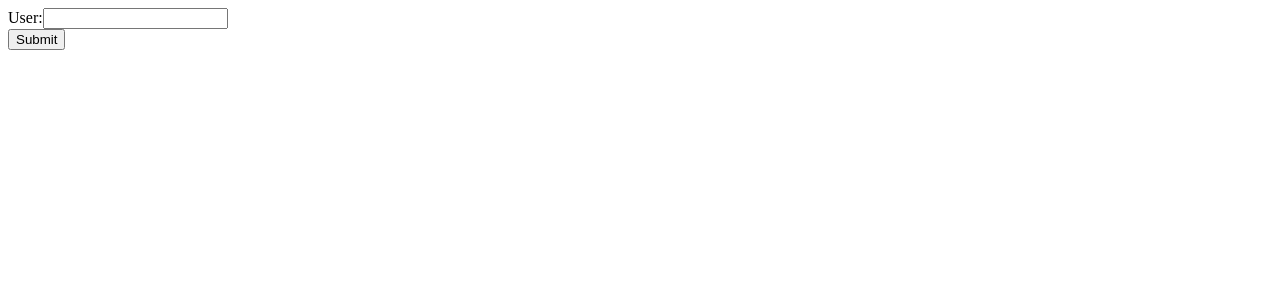
Repository: ChengqunYang/JAVA
Page: designMode/WebContent/index.html
These files come from the project's save history. The page is drawn as it stood at one moment and after the next save; the edit follows.
The browser window is 1280 px wide. The pictures show the whole page.

Above is the page before, as saved 2019-04-26 08:26:48.

After the next save:
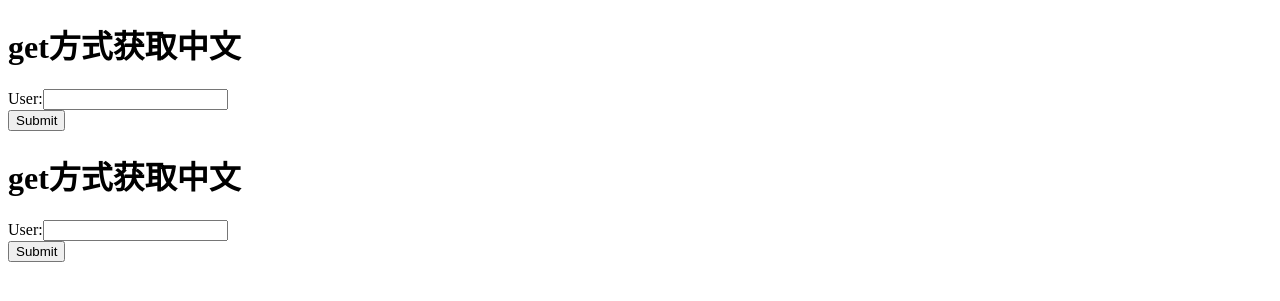
Saved 53 s later.
--- a/designMode/WebContent/index.html
+++ b/designMode/WebContent/index.html
@@ -5,7 +5,15 @@
 <title>Insert title here</title>
 </head>
 <body>
+
+<h1>get方式获取中文</h1>
 <form action="" method="post">
+	User:<input type="text" name = "username"><br>
+	<input type="submit">
+</form>
+
+<h1>get方式获取中文</h1>
+<form action="" method="get">
 	User:<input type="text" name = "username"><br>
 	<input type="submit">
 </form>
